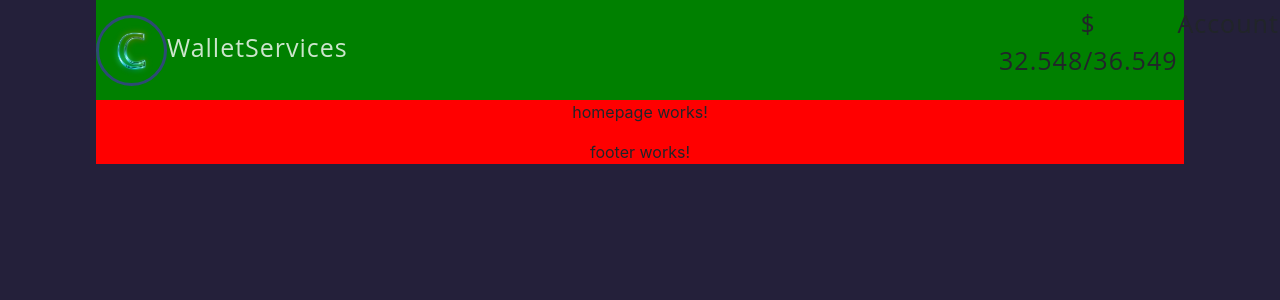
Repository: YuriyBen/Corzbank
Page: / (app in Corzbank.Web/ClientApp/)
These files come from the project's save history. The page is drawn as it stood at one moment and after a run of saves; the edit follows.
The browser window is 1280 px wide. The pictures show the whole page.
The project was rebuilt for these pictures with package versions that can differ from the ones it lists, and the page was loaded fresh each time. Also part of the build but not shown: Corzbank.Web/ClientApp/angular.json.

Above is the page before, as saved 2022-05-19 19:39:31.

After the next 5 saves:
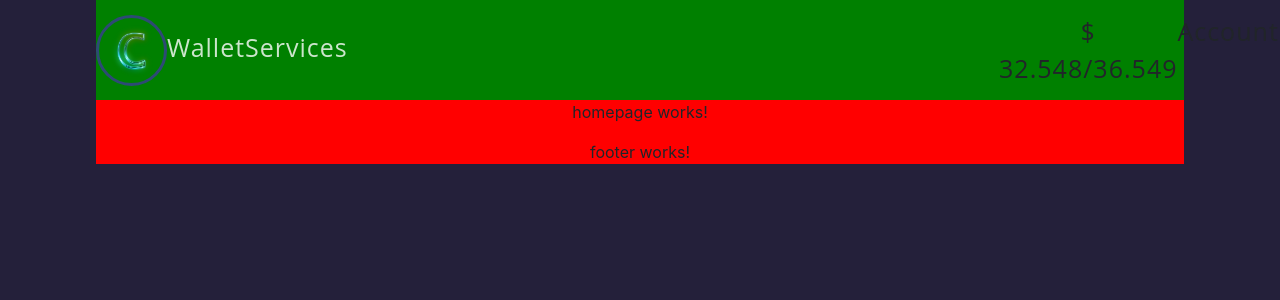
The 5 saves are shown as one change because they came seconds apart.
The last was saved 47 s later.
--- a/Corzbank.Web/ClientApp/src/app/header/header.component.scss
+++ b/Corzbank.Web/ClientApp/src/app/header/header.component.scss
@@ -1,4 +1,7 @@
-
+*{
+    padding: 0;
+    margin: 00;
+}
 .header{
     background-color: green;
     height: 100px;
